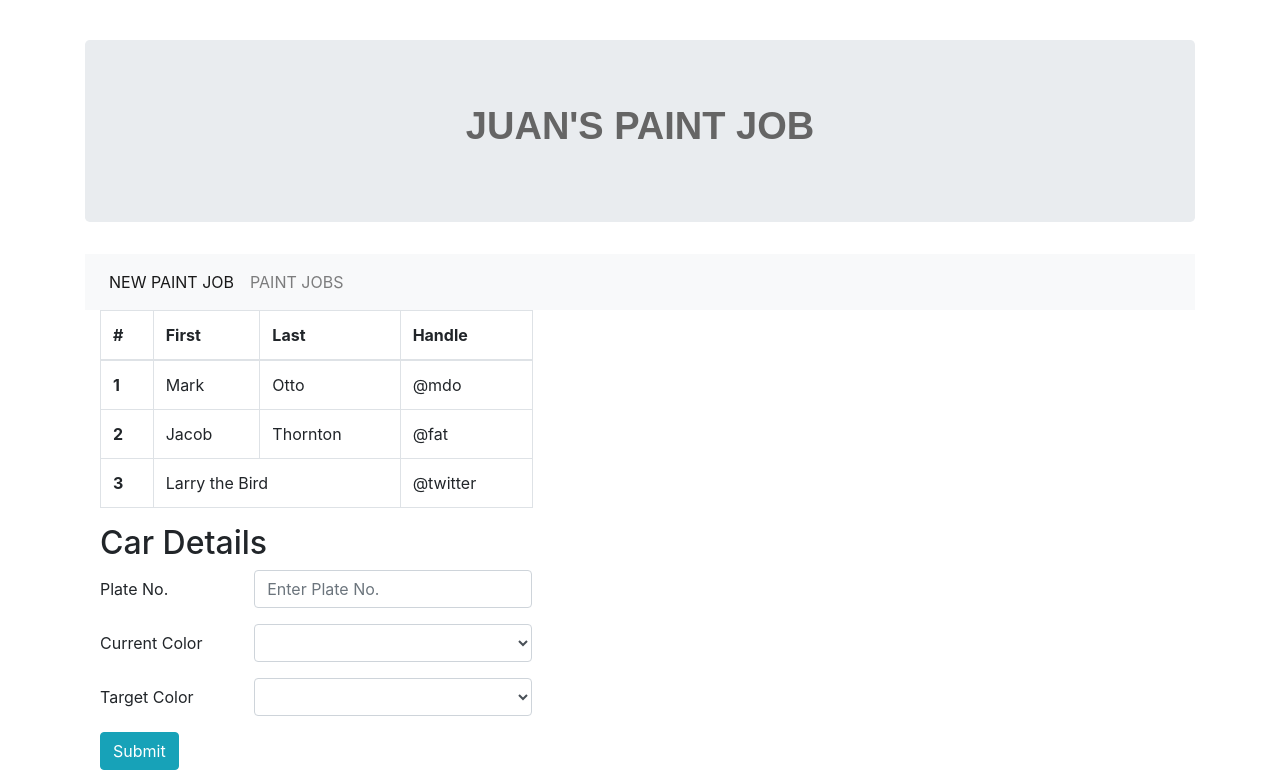
Repository: soycaringal/paint-job
Page: http://localhost/
These files come from the project's save history. The page is drawn as it stood at one moment and after the next save; the edit follows.
The browser window is 1280 px wide. The pictures show the whole page.
The page is served by the project's Laravel application, run on PHP 8.4 with Laravel 8. Other server files are loaded and not shown. Queries for data that is not in the repository find no rows.

Above is the page before, as saved 2020-02-22 20:40:03.

### routes/web.php
<?php

/*
|--------------------------------------------------------------------------
| Web Routes
|--------------------------------------------------------------------------
|
| Here is where you can register web routes for your application. These
| routes are loaded by the RouteServiceProvider within a group which
| contains the "web" middleware group. Now create something great!
|
*/

Route::get('/', 'CarController@index');
Route::post('/car', 'CarController@store')->name('car.store');

// Route::post('/car', function () {

//     return 'aw';
// });

### app/Http/Controllers/CarController.php
<?php

namespace App\Http\Controllers;

use App\Car;
use Illuminate\Http\Request;

class CarController extends Controller
{
    private $car;

    public function __construct(Car $car) {
        $this->car = $car;
    }

    /**
     * Display a listing of the resource.
     *
     * @return \Illuminate\Http\Response
     */
    public function index()
    {
        $cars = $this->car->all();
        return view('welcome', compact('cars'));
    }

    /**
     * Show the form for creating a new resource.
     *
     * @return \Illuminate\Http\Response
     */
    public function create()
    {
        //
    }

    /**
     * Store a newly created resource in storage.
     *
     * @param  \Illuminate\Http\Request  $request
     * @return \Illuminate\Http\Response
     */
    public function store(Request $request)
    {
        $data = $request->all();

        $car = new Car();
        $car->plate_no = $data['plate_no'];
        $car->current_color = $data['current_color'];
        $car->target_color = $data['target_color'];
        $car->save();

        return redirect('/');
    }

    /**
     * Display the specified resource.
     *
     * @param  \App\Car  $car
     * @return \Illuminate\Http\Response
     */
    public function show(Car $car)
    {
        //
    }

    /**
     * Show the form for editing the specified resource.
     *
     * @param  \App\Car  $car
     * @return \Illuminate\Http\Response
     */
    public function edit(Car $car)
    {
        //
    }

    /**
     * Update the specified resource in storage.
     *
     * @param  \Illuminate\Http\Request  $request
     * @param  \App\Car  $car
     * @return \Illuminate\Http\Response
     */
    public function update(Request $request, Car $car)
    {
        //
    }

    /**
     * Remove the specified resource from storage.
     *
     * @param  \App\Car  $car
     * @return \Illuminate\Http\Response
     */
    public function destroy(Car $car)
    {
        //
    }
}

### resources/views/welcome.blade.php
<!DOCTYPE html>
<html lang="{{ str_replace('_', '-', app()->getLocale()) }}">
    <head>
        <meta charset="utf-8">
        <meta name="viewport" content="width=device-width, initial-scale=1">

        <title>Laravel</title>

        <!-- Fonts -->
        <link href="https://fonts.googleapis.com/css?family=Nunito:200,600" rel="stylesheet">
        <link rel="stylesheet" href="https://stackpath.bootstrapcdn.com/bootstrap/4.1.3/css/bootstrap.min.css" integrity="sha384-MCw98/SFnGE8fJT3GXwEOngsV7Zt27NXFoaoApmYm81iuXoPkFOJwJ8ERdknLPMO" crossorigin="anonymous">
        <script src="https://code.jquery.com/jquery-3.3.1.slim.min.js" integrity="sha384-q8i/X+965DzO0rT7abK41JStQIAqVgRVzpbzo5smXKp4YfRvH+8abtTE1Pi6jizo" crossorigin="anonymous"></script>
        <script src="https://cdnjs.cloudflare.com/ajax/libs/popper.js/1.14.3/umd/popper.min.js" integrity="sha384-ZMP7rVo3mIykV+2+9J3UJ46jBk0WLaUAdn689aCwoqbBJiSnjAK/l8WvCWPIPm49" crossorigin="anonymous"></script>
        <script src="https://stackpath.bootstrapcdn.com/bootstrap/4.1.3/js/bootstrap.min.js" integrity="sha384-ChfqqxuZUCnJSK3+MXmPNIyE6ZbWh2IMqE241rYiqJxyMiZ6OW/JmZQ5stwEULTy" crossorigin="anonymous"></script>
        <link href="/css/main.css" rel="stylesheet">
        <script src="https://code.jquery.com/jquery-3.4.1.min.js"
                integrity="sha256-CSXorXvZcTkaix6Yvo6HppcZGetbYMGWSFlBw8HfCJo=" crossorigin="anonymous"></script>
    </head>
    <body>
        <div class="container">
            <header>
                <div class="jumbotron text-center">
                    <h1>Juan's Paint Job</h1>
                </div>
                <nav class="navbar navbar-expand-lg navbar-light bg-light">
                    <div class="collapse navbar-collapse" id="navbarText">
                        <ul class="navbar-nav mr-auto">
                            <li class="nav-item active">
                                <a class="nav-link" href="/">NEW PAINT JOB</a>
                            </li>
                            <li class="nav-item">
                                <a class="nav-link" href="/jobs">PAINT JOBS</a>
                            </li>
                            </li>
                        </ul>
                    </div>
                </nav>
            </header>

            <main>
                <section class="col-5">
                    <div class="cars">
                        <table class="table table-bordered">
                            <thead>
                                <tr>
                                    <th scope="col">#</th>
                                    <th scope="col">First</th>
                                    <th scope="col">Last</th>
                                    <th scope="col">Handle</th>
                                </tr>
                            </thead>
                            <tbody>
                                <tr>
                                    <th scope="row">1</th>
                                    <td>Mark</td>
                                    <td>Otto</td>
                                    <td>@mdo</td>
                                </tr>
                                <tr>
                                    <th scope="row">2</th>
                                    <td>Jacob</td>
                                    <td>Thornton</td>
                                    <td>@fat</td>
                                </tr>
                                <tr>
                                    <th scope="row">3</th>
                                    <td colspan="2">Larry the Bird</td>
                                    <td>@twitter</td>
                                </tr>
                            </tbody>
                        </table>
                    </div>

                    <h2>Car Details</h2>
                    <form action="{{route('car.store')}}" method="post">
                        @csrf
                        <!-- START: Plate No. -->
                        <div class="form-group row">
                            <label class="col-4 col-form-label">Plate No.</label>
                            <div class="col-8   ">
                                <input type="text" name="plate_no" class="form-control" placeholder="Enter Plate No.">
                            </div>
                        </div>
                        <!-- END: Plate No. -->
                        <!-- START: Current Color -->
                        <div class="form-group row">
                            <label class="col-4 col-form-label">Current Color</label>
                            <div class="col-8   ">
                                <select name="current_color"class="form-control">
                                    <option value=""></option>
                                    <option value="red">Red</option>
                                    <option value="green">Green</option>
                                    <option value="blue">Blue</option>
                                </select>
                            </div>
                        </div>
                        <!-- END: Current Color -->
                        <!-- START: Target Color -->
                        <div class="form-group row">
                            <label class="col-4 col-form-label">Target Color</label>
                            <div class="col-8   ">
                                <select name="target_color"class="form-control">
                                    <option value=""></option>
                                    <option value="red">Red</option>
                                    <option value="green">Green</option>
                                    <option value="blue">Blue</option>
                                </select>
                            </div>
                        </div>
                        <!-- END: Target Color -->
                        <button type="submit" class="btn btn-info">Submit</button>
                    </form>
                </section>
            </main>

        </div>

        <script>
        $(document).ready(() => {
            poll();
        })

        function getData() {
            $.get('/api/cars')
            .then((res) => {

            });

            poll();
        }
        function poll() {
            setTimeout(() => {
                getData()
            }, 3000);
        }



        </script>
    </body>
</html>

### public/css/main.css
header {
    margin-top: 40px;
}

header h1 {
    font-family: 'arial';
    font-weight: bold;
    font-size: 38px;
    text-transform: uppercase;
    color: #656565;
}

.navbar {
    /* background-color: #e9695b; */
}

Loaded but not shown: app/Http/Controllers/Controller.php (common file); app/Car.php (common file)

After the next save:
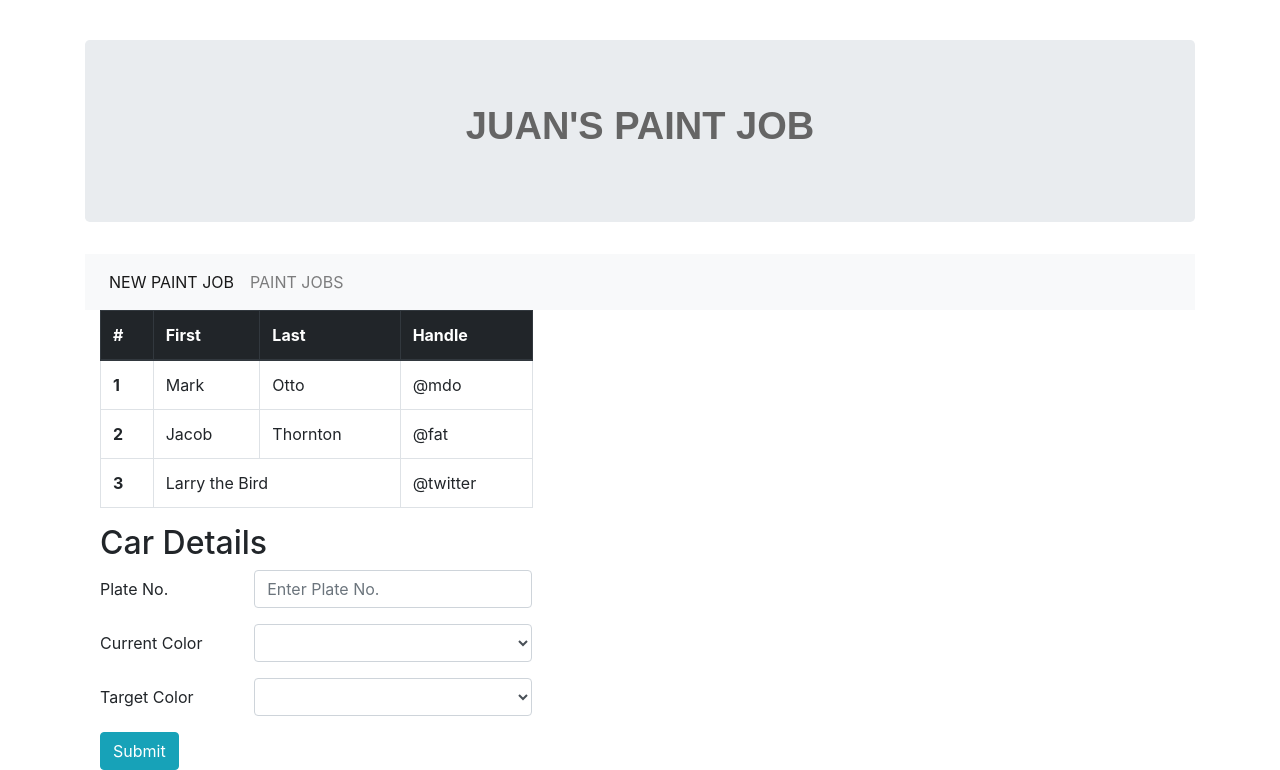
Saved 2 min 57 s later.
--- a/resources/views/welcome.blade.php
+++ b/resources/views/welcome.blade.php
@@ -41,7 +41,7 @@
                 <section class="col-5">
                     <div class="cars">
                         <table class="table table-bordered">
-                            <thead>
+                            <thead class="thead thead-dark">
                                 <tr>
                                     <th scope="col">#</th>
                                     <th scope="col">First</th>
